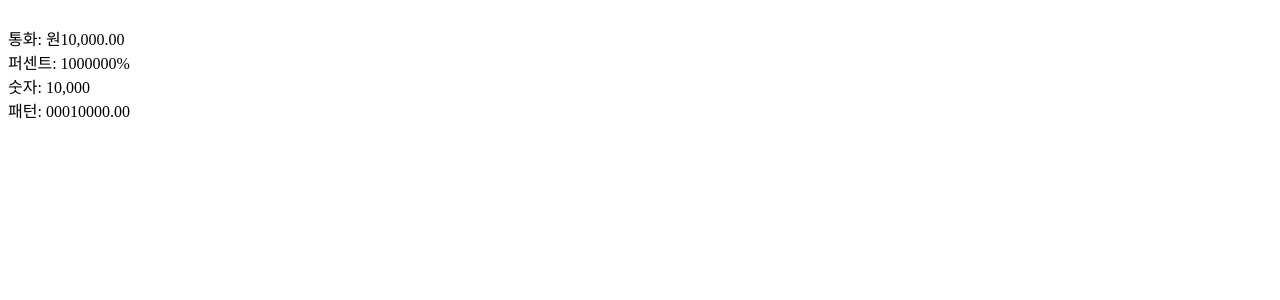
Repository: jjanggu1990/kh_java
Page: http://localhost/JSP_EX/day0331/use_number_tag.jsp
The author's editor kept a copy of each file at every save. The page is drawn from the files as they stood at one save, then again after the next save.
The browser window is 1280 px wide. The pictures show the whole page.
The page is served by Tomcat 9.

Above is the page before, as saved 2016-03-31 09:03:37.

After the next save:
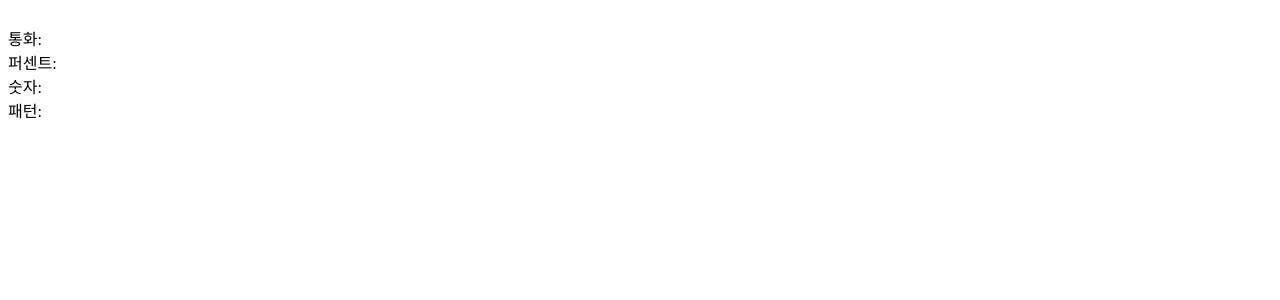
Saved 5 s later.
--- a/workspace/JSP_EX/WebContent/day0331/use_number_tag.jsp
+++ b/workspace/JSP_EX/WebContent/day0331/use_number_tag.jsp
@@ -1,6 +1,6 @@
 <%@ page contentType = "text/html; charset=utf-8" %>
 <%@ taglib prefix="fmt" uri="http://java.sun.com/jsp/jstl/fmt" %>
-<%@ taglib prefix="c" uri="http://java.sun.com/jsp/jstl/core" %>
+<%@ taglib prefix="core" uri="http://java.sun.com/jsp/jstl/core" %>
 <%@ taglib prefix="x" uri="http://java.sun.com/jsp/jstl/xml" %>
 <html>
 <head><title>numberFormat 태그 사용</title></head>

After the save that followed:
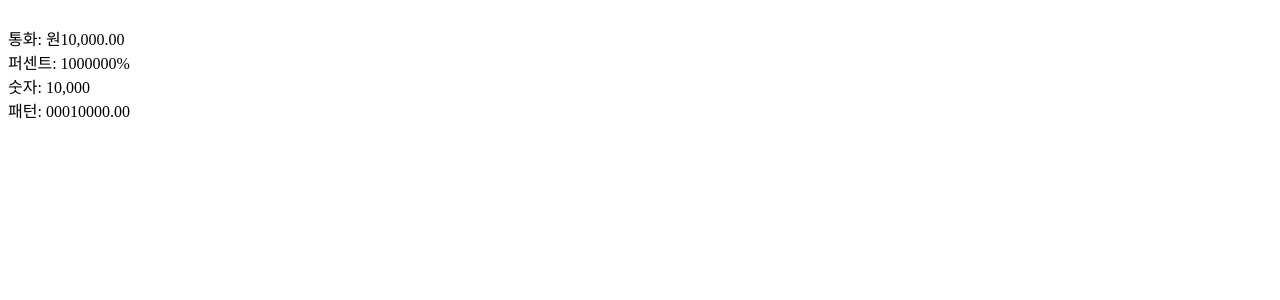
Saved 4 s later.
--- a/workspace/JSP_EX/WebContent/day0331/use_number_tag.jsp
+++ b/workspace/JSP_EX/WebContent/day0331/use_number_tag.jsp
@@ -6,7 +6,7 @@
 <head><title>numberFormat 태그 사용</title></head>
 <body>
 
-<c:set var="price" value="10000" />
+<core:set var="price" value="10000" />
 <fmt:formatNumber value="${price}" type="number" var="numberType" />
 <br/>
 통화: <fmt:formatNumber value="${price}"
